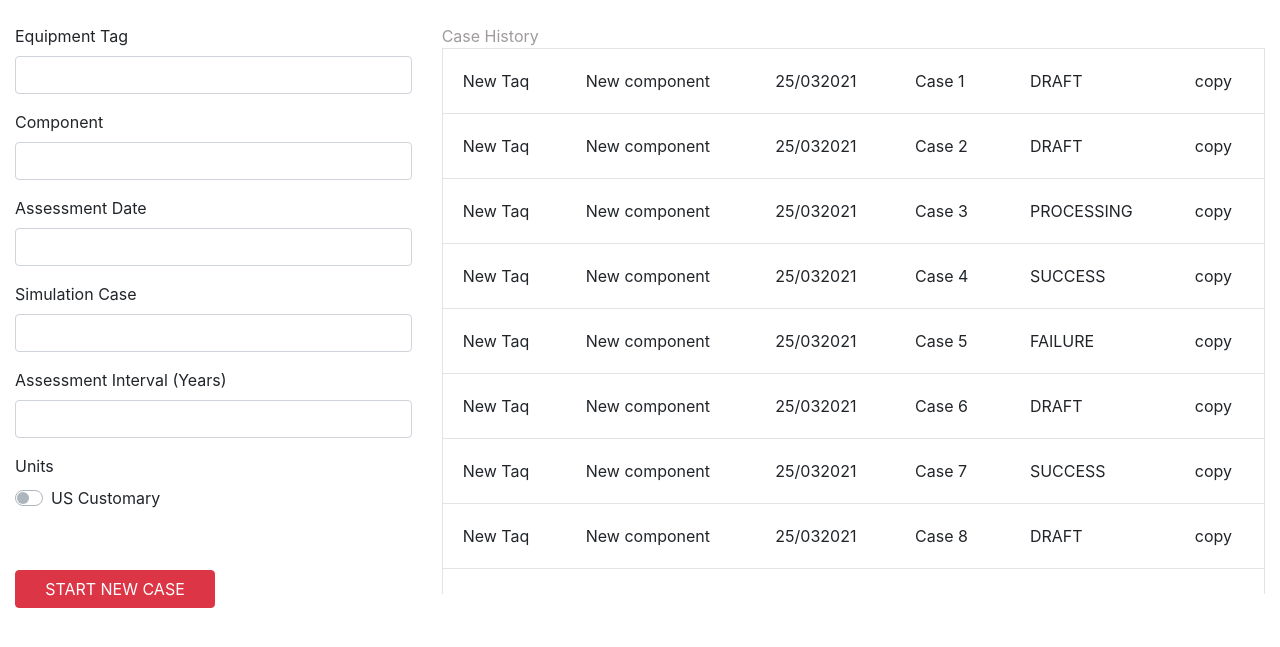
Repository: arif286/dashboard
Page: /
An editor plug-in stored every save of this project. The page is shown before and after the next save, followed by the edit.
The browser window is 1280 px wide. The pictures show the whole page.
An inner scrolling area shows only its first screen. The project was rebuilt for these pictures with package versions that can differ from the ones it lists, and the page was loaded fresh each time. The framework's server and built-in components were replaced by stand-ins that run in the browser. Also part of the build but not shown: nuxt.config.js, components/Nav.vue.

Above is the page before, as saved 2021-06-18 19:24:16.

### components/Form.vue
<template>
  <div>
    <form class="Assessment-input" action="">
      <div class="mb-3">
        <label for="Input1" class="form-label">Equipment Tag</label>
        <input id="Input1" type="text" class="form-control">
      </div>
      <div class="mb-3">
        <label for="Input2" class="form-label">Component</label>
        <input id="Input2" type="text" class="form-control">
      </div>
      <div class="mb-3">
        <label for="Input3" class="form-label">Assessment Date</label>
        <input id="Input3" type="text" class="form-control">
      </div>
      <div class="mb-3">
        <label for="Input4" class="form-label">Simulation Case</label>
        <input id="Input4" type="text" class="form-control">
      </div>
      <div class="mb-3">
        <label for="Input5" class="form-label">Assessment Interval (Years)</label>
        <input id="Input5" type="text" class="form-control">
      </div>
      <div>
        <label for="Input5" class="form-label">Units</label>
        <b-form-checkbox v-model="checked" name="check-button" switch>
          US Customary
        </b-form-checkbox>
      </div>
      <b-button class="submit-button" type="submit" variant="danger">
        START NEW CASE
      </b-button>
    </form>
  </div>
</template>
<script>
export default {
  data () {
    return {
      form: {
        email: '',
        name: '',
        food: null,
        checked: []
      },
      foods: [
        { text: 'Select One', value: null },
        'Carrots',
        'Beans',
        'Tomatoes',
        'Corn'
      ],
      show: true,
      checked: false
    }
  },
  methods: {
    onSubmit (event) {
      event.preventDefault()
      alert(JSON.stringify(this.form))
    }
  }
}
</script>
<style>
.submit-button {
  width: 200px;
  margin-top: 60px;
}
.Assessment-input input:focus {
  border-color: red;
  box-shadow: none;
}
</style>

### components/Table.vue
<template>
  <div class="table-contain">
    <p class="title">
      Case History
    </p>
    <table class="w-100 table-border">
      <!-- <thead>
        <tr>
          <th className="text-secondary" scope="col">
            Name
          </th>
          <th className="text-secondary" scope="col">
            Email Id
          </th>
          <th className="text-secondary" scope="col">
            Service
          </th>
          <th className="text-secondary" scope="col">
            pay with
          </th>
          <th className="text-secondary" scope="col">
            status
          </th>
        </tr>
      </thead> -->
      <tbody>
        <tr v-for="item in data" :key="item.id">
          <td>{{ item.equipmentTag }}</td>
          <td>{{ item.component }}</td>
          <td>{{ item.assessmentDate }}</td>
          <td>Case {{ item.case }}</td>
          <td>{{ item.status }}</td>
          <td>
            {{ item.status ? 'copy' : '' }}
          </td>
        </tr>
      </tbody>
    </table>
  </div>
</template>

<script>
export default {
  props: {
    data: {
      type: Array,
      required: true
    }
  },
  data () {
    return {
      copyBtn: 'copy'
    }
  }
}
</script>
<style scoped>

.table-border tr{
 border: 1px solid #e6e2e2;
}
.table-border td{
  padding: 20px;
}
.title{
  margin-bottom: 0px;
  color: #a09b9b;
}
.table-contain {
  height: 570px;
  overflow-y: scroll;
}
</style>

### pages/index.vue
<template>
  <div class="container">
    <div class="row mt-4">
      <div class="col-4">
        <Form />
      </div>
      <div class="col-8">
        <Table :data="dashboardData" />
      </div>
    </div>
  </div>
</template>

<script>
import { dashboardData } from '@/assets/dashboard.js'
// eslint-disable-next-line semi
export default {
  data () {
    return { dashboardData }
  }
}
</script>

<style>
.container {
  max-width: 1760px;
}
</style>

### assets/dashboard.js
export const dashboardData = [
  {
    id: 1,
    equipmentTag: 'New Taq',
    component: 'New component',
    assessmentDate: '25/032021',
    case: 1,
    status: 'DRAFT'
  },
  {
    id: 2,
    equipmentTag: 'New Taq',
    component: 'New component',
    assessmentDate: '25/032021',
    case: 2,
    status: 'DRAFT'
  },
  {
    id: 3,
    equipmentTag: 'New Taq',
    component: 'New component',
    assessmentDate: '25/032021',
    case: 3,
    status: 'PROCESSING',
    copy: true
  },
  {
    id: 4,
    equipmentTag: 'New Taq',
    component: 'New component',
    assessmentDate: '25/032021',
    case: 4,
    status: 'SUCCESS',
    copy: true
  },
  {
    id: 5,
    equipmentTag: 'New Taq',
    component: 'New component',
    assessmentDate: '25/032021',
    case: 5,
    status: 'FAILURE',
    copy: true
  },
  {
    id: 6,
    equipmentTag: 'New Taq',
    component: 'New component',
    assessmentDate: '25/032021',
    case: 6,
    status: 'DRAFT'
  },
  {
    id: 7,
    equipmentTag: 'New Taq',
    component: 'New component',
    assessmentDate: '25/032021',
    case: 7,
    status: 'SUCCESS',
    copy: true
  },
  {
    id: 8,
    equipmentTag: 'New Taq',
    component: 'New component',
    assessmentDate: '25/032021',
    case: 8,
    status: 'DRAFT'
  },
  {
    id: 9,
    equipmentTag: 'New Taq',
    component: 'New component',
    assessmentDate: '25/032021',
    case: 9,
    status: 'DRAFT'
  },
  {
    id: 10,
    equipmentTag: 'New Taq',
    component: 'New component',
    assessmentDate: '25/032021',
    case: 10,
    status: 'DRAFT'
  }
]

Loaded but not shown: layouts/default.vue (common file)

After the next save:
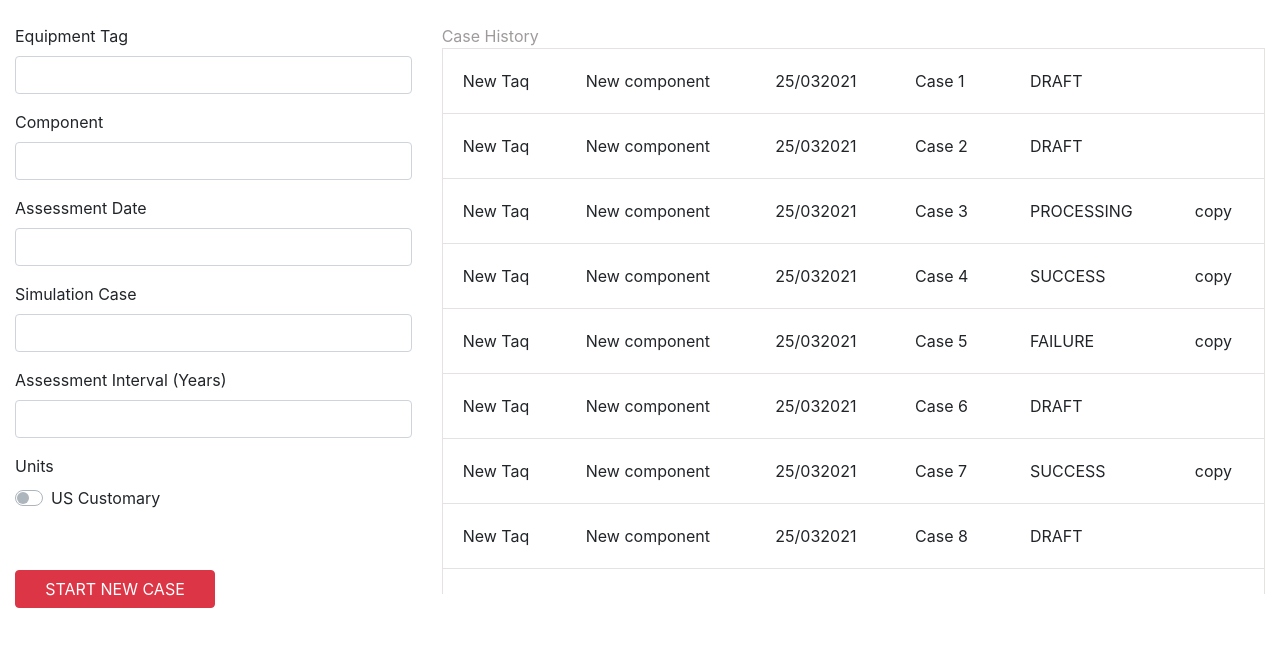
Saved 35 s later.
--- a/components/Table.vue
+++ b/components/Table.vue
@@ -31,7 +31,7 @@
           <td>Case {{ item.case }}</td>
           <td>{{ item.status }}</td>
           <td>
-            {{ item.status ? 'copy' : '' }}
+            {{ item.copy === true ? 'copy' : '' }}
           </td>
         </tr>
       </tbody>
